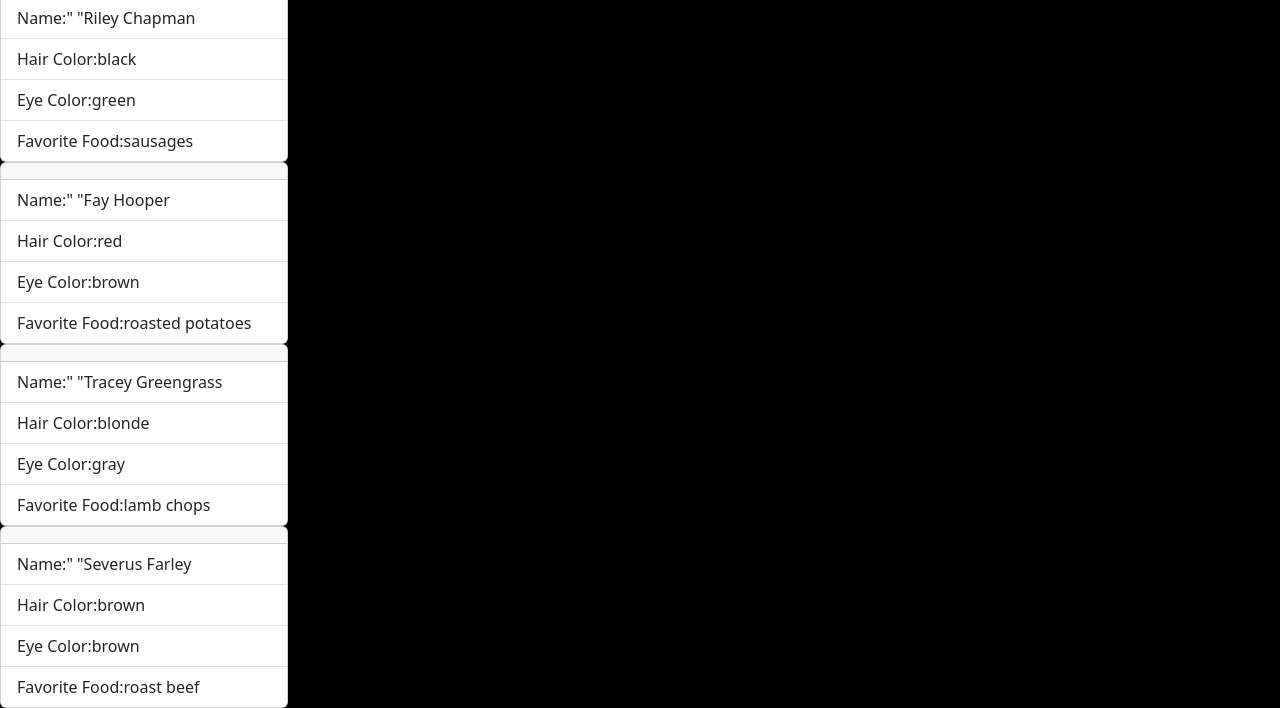
Repository: jontslater/INDIVIDUAL-PROJECT-sorting-hat
Page: index.html
These files come from the project's save history. The page is drawn as it stood at one moment and after the next save; the edit follows.
The browser window is 1280 px wide. The pictures show the part of the page from y = 541 to 1249 px (the page is 1249 px tall).
A picture or video elsewhere on the page could not be fetched, so the positions and the page height are approximate.

Above is the page before, as saved 2023-10-30 20:05:10.

### index.html
<!DOCTYPE html>
<html lang="en">
<head>
  <meta charset="UTF-8">
  <meta name="viewport" content="width=device-width, initial-scale=1.0">
  <title>SortingHat</title>

  <link href="https://cdn.jsdelivr.net/npm/bootstrap@5.3.2/dist/css/bootstrap.min.css" rel="stylesheet" integrity="sha384-T3c6CoIi6uLrA9TneNEoa7RxnatzjcDSCmG1MXxSR1GAsXEV/Dwwykc2MPK8M2HN" crossorigin="anonymous">
  <link rel="stylesheet" href="main.css">
</head>
<body>
  <div class="card">
    <div class="card-header">
      <img src="https://media.tenor.com/vkDuuNm40XoAAAAd/hogwarts-legacy-warner-bros-interactive-entertainment.gif" alt="">
    </div>
    <div class="card-body">
      <h5 class="card-title">Hello, I am the sorting hat!</h5>
      <p class="card-text">Right. Right then. Hmmmm. Right.... You are going to house .... </p>
      <button id="btn">Click here</button>
      <form id="form" class="names">
       <input type="text" id="firstLast" />First Name
       <input type="text" id="firstLast" />Last Name
       <input type="text" id="firstLast" />Hair color
       <input type="text" id="firstLast" />Eye color
       <input type="text" id="firstLast" />Favorite food
       <button type="submit" class="btn btn-primary">Enter House</button>
     </form>

    </div>
  </div>



  <div>

  </div>



  <div id="app"></div>

  <script src="https://cdn.jsdelivr.net/npm/bootstrap@5.3.2/dist/js/bootstrap.bundle.min.js" integrity="sha384-C6RzsynM9kWDrMNeT87bh95OGNyZPhcTNXj1NW7RuBCsyN/o0jlpcV8Qyq46cDfL" crossorigin="anonymous"></script>
  <script src="main.js"></script>
</body>
</html>

### main.js
const students =[
  {
    id: 1,
    firstName: "Riley",
    lastName: "Chapman",
    hairColor: "black",
    eyeColor: "green",
    favoriteFood: "sausages",
  },
  {
    id: 2,
    firstName: "Fay",
    lastName: "Hooper",
    hairColor: "red",
    eyeColor: "brown",
    favoriteFood: "roasted potatoes",
  },
  {
    id: 3,
    firstName: "Tracey",
    lastName: "Greengrass",
    hairColor: "blonde",
    eyeColor: "gray",
    favoriteFood: "lamb chops",
  },
  {
    id: 3,
    firstName: "Severus",
    lastName: "Farley",
    hairColor: "brown",
    eyeColor: "brown",
    favoriteFood: "roast beef",
  }
]
const app = document.querySelector("#app");
const btn = document.querySelector("#btn");

const renderToDom = (Students) =>{

  let domString = "";

  for(let student of students){

    domString += `<div class="card" style="width: 18rem;">
    <div class="card-header">
    </div>
    <ul class="list-group list-group-flush">

       <li class="list-group-item">Name:"   "${student.firstName} ${student.lastName}
      <li class="list-group-item">Hair Color:${student.hairColor}
      <li class="list-group-item">Eye Color:${student.eyeColor}
      <li class="list-group-item">Favorite Food:${student.favoriteFood}
    </ul>
  </div>`
  }
  const app = document.querySelector("#app")
  app.innerHTML = domString
}

renderToDom(students)

btn.addEventListener("click", () => {
  const form = document.querySelector("form");

  if(form.style.display === "none"){
    form.style.display = "block";
  }else{
    form.style.display = "none";
  }
});

const form = document.querySelector("form");

const createStudent = (event) => {
  event.preventDefault();

  const newStudent = {
    id: students.length +1,
    firstName: document.querySelector("#firstName").value,
    lastName: document.querySelector("#lastName").value,
    hairColor: document.querySelector("hairColor").value,
    eyeColor: document.querySelector("#eyeColor").value,
    favoriteFood: document.querySelector("#favoriteFood").value,
  }
  students.push(newStudent);
  renderToDom(students);
  form.reset();
}
form.addEventListener("submit", createStudent)

Loaded but not shown: main.css (common file)

After the next save:
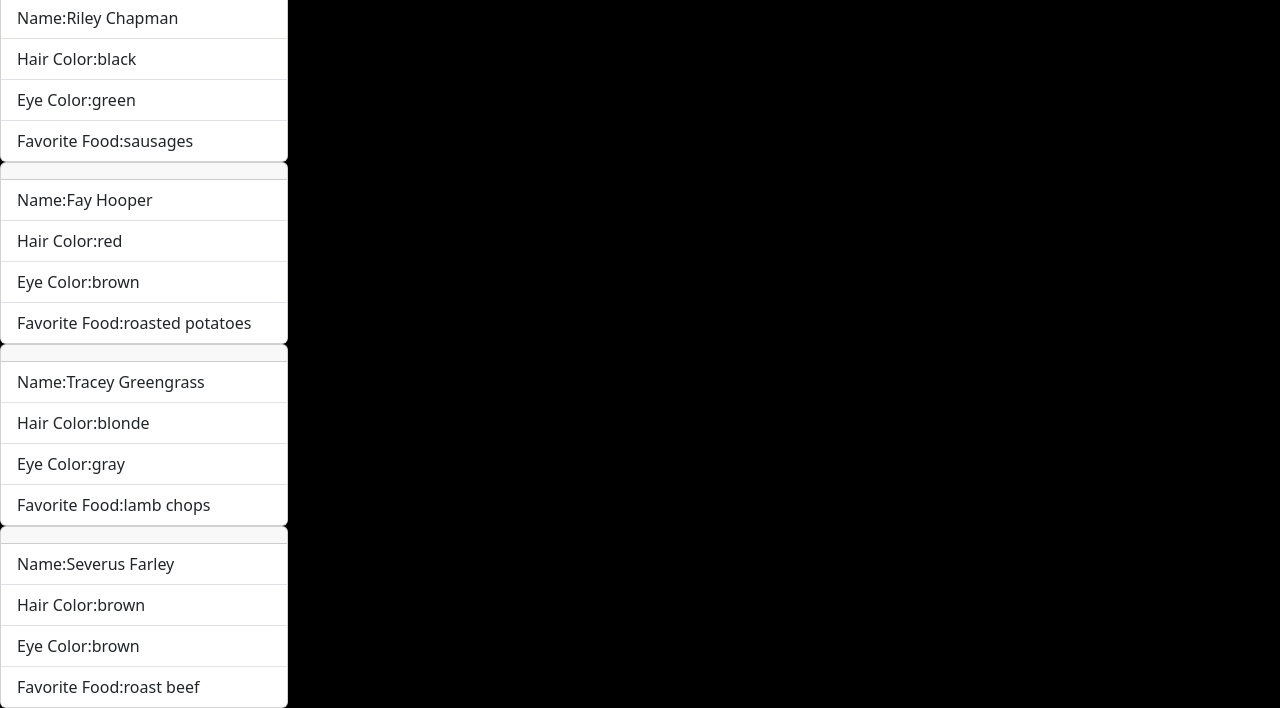
Saved 13 s later.
--- a/main.js
+++ b/main.js
@@ -46,7 +46,7 @@
     </div>
     <ul class="list-group list-group-flush">
 
-       <li class="list-group-item">Name:"   "${student.firstName} ${student.lastName}
+       <li class="list-group-item">Name:${  student.firstName} ${student.lastName}
       <li class="list-group-item">Hair Color:${student.hairColor}
       <li class="list-group-item">Eye Color:${student.eyeColor}
       <li class="list-group-item">Favorite Food:${student.favoriteFood}
